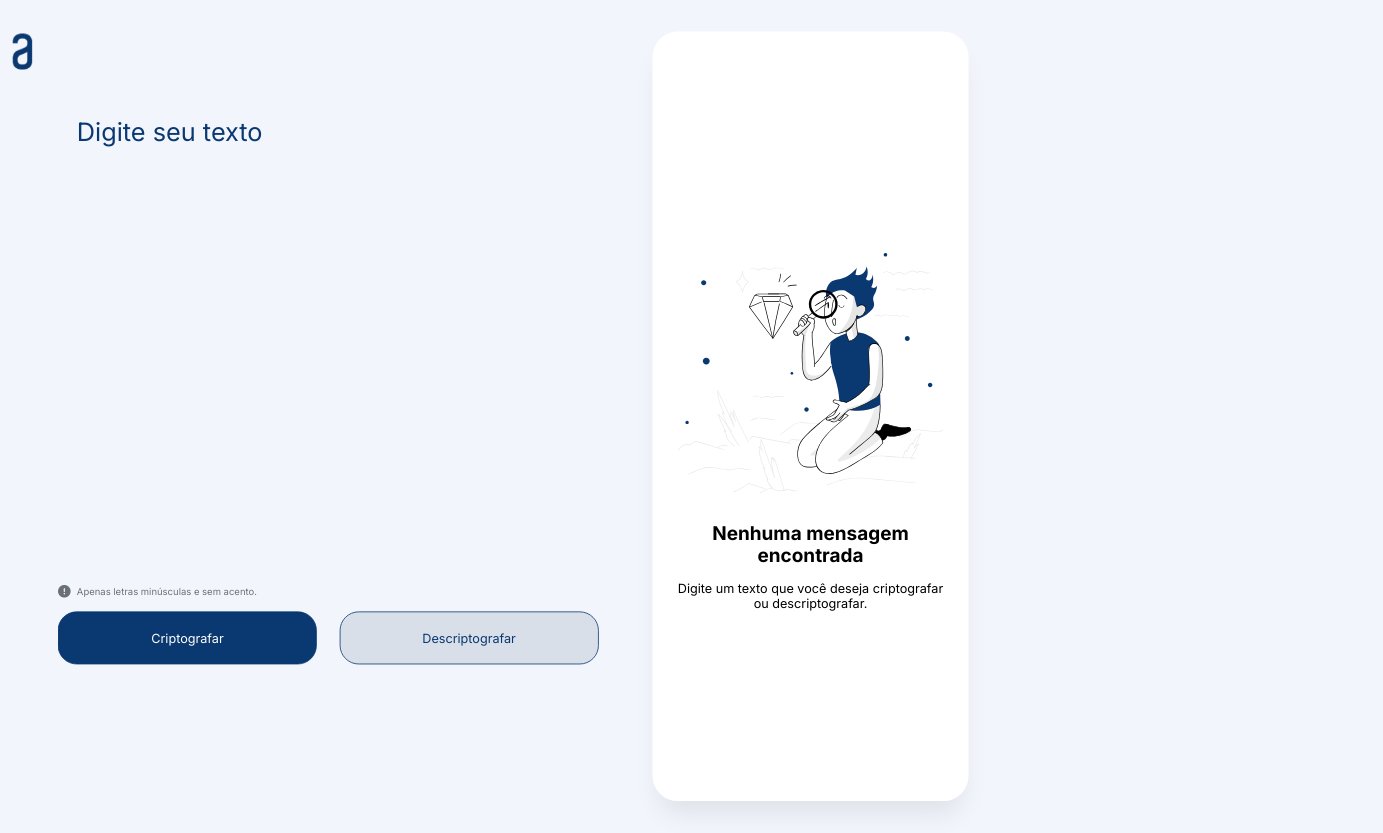
Repository: CarlosEduardoVdeOliveira/descodificador-de-texto
Page: index.html
The author's editor kept a copy of each file at every save. The page is drawn from the files as they stood at one save, then again after the next save.
The browser window is 1280 px wide. The page is 1280 px wide, then 1751 px, then 1280 px, so the pictures cover 1751 px, including what lies to the right of the window. The pictures show the whole page, at 79% of full size.

Above is the page before, as saved 2023-04-15 09:19:18.

### index.html
<!DOCTYPE html>
<html lang="en">
<head>
   <meta charset="UTF-8">
   <link rel="preconnect" href="https://fonts.googleapis.com">
   <link rel="preconnect" href="https://fonts.gstatic.com" crossorigin>
   <meta http-equiv="X-UA-Compatible" content="IE=edge">
   <meta name="viewport" content="width=device-width, initial-scale=1.0">
   <link href="https://fonts.googleapis.com/css2?family=Inter:wght@400;700&display=swap" rel="stylesheet">
   <link rel="stylesheet" href="https://cdnjs.cloudflare.com/ajax/libs/font-awesome/6.4.0/css/all.min.css" integrity="sha512-iecdLmaskl7CVkqkXNQ/ZH/XLlvWZOJyj7Yy7tcenmpD1ypASozpmT/E0iPtmFIB46ZmdtAc9eNBvH0H/ZpiBw==" crossorigin="anonymous" referrerpolicy="no-referrer" />
   <link rel="stylesheet" href="/src/styles/reset.css">
   <link rel="stylesheet" href="/src/styles/index.css">
   <link rel="stylesheet" href="/src/styles/tablet.css">
   <link rel="stylesheet" href="/src/styles/mobile.css">
   <link rel="shortcut icon" href="/src/images/imageLogo2.png" type="image/x-icon">
   <title>Decodificador</title>
</head>
<body>
   <section>
      <img src="/src/images/imageLogo2.png"
         alt='logo da Alura'>
      <div class="highlight">
         <textarea placeholder="Digite seu texto" autofocus></textarea>
         <div class="info">
            <span>
               <i class="fa-solid fa-circle-exclamation"></i>
               Apenas letras minúsculas e sem acento.
            </span>
            <div class="info-group-button">
               <button class="button-cryptography">Criptografar</button>
               <button class="button-decryption">Descriptografar</button>
            </div>
         </div>
      </div>
      <div class="text-cryption">
         <img src="/src/images/imageHighLight.svg" alt="">
         <div>
            <h2>Nenhuma mensagem encontrada</h2>
            <p>
               Digite um texto que você deseja criptografar ou descriptografar.
            </p>
         </div>

      </div>
   </section>
   <script src="/src/scripts/index.js"></script>
</body>
</html>

### src/styles/reset.css
:root{
   --light-gray: #D8DFE8;
   --gray-100: #CED4DA;
   --gray-200: #ADB5BD;
   --gray-300: #868E96;
   --gray-400: #495057;
   --gray-500: #343A40;
   --light-blue-100: #F3F5FC;
   --light-blue-200: #EFF1FA;
   --light-blue-300: #E9ECF8;
   --light-blue-400: #AAB2D5;
   --light-blue-500: #757FB2;
   --dark-blue-100: #609ED4;
   --dark-blue-200: #356EA9;
   --dark-blue-300: #0A3871;
   --dark-blue-400: #072B61;
   --dark-blue-500: #052051;
}
*{
   margin: 0;
   padding: 0;
   box-sizing: border-box;
}

html, input, textarea, button{
   background-color: var(--light-blue-100);
   font-family:  'Inter', sans-serif;
   font-size: 1rem;
   -webkit-font-smoothing: antialiased;
   -moz-osx-font-smoothing: grayscale;
}

### src/styles/index.css
body{
   background-color: var(--light-blue-100);
}
img{
   width: 1.943rem;
   height: 3rem;
   margin-top: 2.5rem;
}
section {
   display: flex;
   justify-content: space-around;
   align-items: self-start;
   margin: 0 auto;
}
.highlight{
   display: flex;
   flex-direction: column;
   margin-top: 7.5rem;
}
textarea{
   width: 100%;
   height: calc(100vh - 100px);
   font-size: 32px;
   line-height: 150%;
   background-color: var(--light-blue-100);
   color: var(--dark-blue-300);
   border: none;
   resize: none;
   margin: 0 auto;
   padding: 1.5rem;
}
textarea:focus{
   outline: 0;
}

textarea::placeholder{
   color: var(--dark-blue-300);
}
span{
   display: flex;
   align-items: center;
   font-size: 12px;
   color: var(--gray-400);
   line-height: 150%;
   opacity: 0.8;
   margin-bottom: 1rem;
}
i{
   color: var(--gray-400);
   margin-right: 0.5rem;
   font-size: 1rem;
}

button{
   padding: 1.5rem;
   width: 328px;
   height: 67px;
   border-radius: 1.5rem;
   cursor: pointer;
   font-size: 1rem;
   line-height: 19px;
   border: 1px solid var(--dark-blue-300);
   transition: all .2s;
}
.info{
   background-color: var(--light-blue-100);
}
.button-cryptography{
   background-color: var(--dark-blue-300);
   color: white;
   margin-right: 1.5rem;
}
.button-cryptography:hover{
   background-color: var(--dark-blue-400);
}
.button-decryption{
   background: var(--light-gray);
   color: var(--dark-blue-300);
}
.button-decryption:disabled{
   cursor: no-drop;
}
.button-decryption:hover{
   background-color: var(--light-blue-200);
}
.text-cryption{
   width: 25rem;
   margin: 2.5rem;
   padding: 15rem 2rem;
   text-align: center;
   background-color: white;
   /* shadow */
   box-shadow: 0px 24px 32px -8px rgba(0, 0, 0, 0.08);
   border-radius: 32px;
}
.text-cryption img{
   width: 21rem;
   height: 19rem;
}
.text-cryption div{
   display: flex;
   flex-direction: column;

   margin-top: 2rem;
   padding: 0px;
   gap: 16px;
}

textarea.textarea-output{
   font-size: 1.5rem;
   color: var(--gray-400);
   height: calc(100vh - 100px);
   padding: 1rem;
}
.text-cryption-whit-text{
   padding: 1rem;
}

.button-copy-cryption{
   background-color: white;
}
.button-copy-cryption:hover{
   background-color: var(--light-blue-200);
}

### src/styles/tablet.css
@media (max-width: 768px) {
   section{
      display: block;
   }
   img{
      margin: 1rem;
   }
   .textarea-input{
      margin: 0 auto;
   }
   .info{
      display: flex;
      flex-direction: column;
      margin: 0 auto;
   }
   .text-cryption{
      width: 43rem;
      height: 8.313rem;
      padding: 0;
      margin: 1.5rem auto;
   }
   .text-cryption img{
      display: none;
   }
}

### src/styles/mobile.css
@media (max-width: 375px) {
   img{
      margin: 1rem;
   }
   .info{
      margin: 0 auto;
   }
   .info-group-button{
      display: flex;
      flex-direction: column;
   }
   .info-group-button .button-cryptography{
      margin-bottom: 1.5rem;
   }
   .text-cryption{
      width: 20.438rem;
      height: 11.625rem;
      padding: 0;
      margin: 1.5rem auto;
   }
}

### src/scripts/index.js
const elementTextarea = document.querySelector("textarea");
const areaCryption = document.querySelector(".text-cryption");
const buttonCryptography = document.querySelector(".button-cryptography");
const buttonDecryption = document.querySelector(".button-decryption");


buttonDecryption.setAttribute("disabled", '');


function encryptText() {
   const textareaValue = elementTextarea.value;
   if (textareaValue.length > 0) {
      disabledButtonDecrypt()
      areaCryption.classList.add("text-cryption-whit-text")
      return areaCryption.innerHTML = `
         <textarea class="textarea-output">${cipherOfCesar(textareaValue, 10)}</textarea>
         <button class="button-copy" id='copy' onclick="copyText()">Copiar</button>
         `;

      }
   return alert("Preencha o campo!")
}

// Cifra de César
function cipherOfCesar(text, jump){
   let cryptograph = ''
   for (let i = 0; i < text.length; i++) {
      let charCode = text.charCodeAt(i)
      if(charCode >= 97 && charCode <= 122){
         charCode = ((charCode - 97 + jump) % 26) + 97
      }
      cryptograph += String.fromCharCode(charCode);
   }
   return cryptograph
}

function disabledButtonDecrypt(){
   buttonDecryption.removeAttribute("disabled");
   buttonDecryption.style.cursor = 'pointer';
}


function decryptText() {
   const textareaValue = elementTextarea.value;
   return areaCryption.innerHTML = `
         <textarea class="textarea-output">${textareaValue}</textarea>
         <button class="button-copy" id='copy' onclick="copyText()">Copiar</button>
      `;
}

async function copyText() {
   const textareaOutput = document.querySelector('.textarea-output');
   await textareaOutput.select();
   document.execCommand('copy');
   alert("Texto copiado para área de trasferência!");
}

buttonCryptography.addEventListener('click', encryptText);
buttonDecryption.addEventListener('click', decryptText);

/**
 * a b c d e f g h i j k l m n o p q r s t u v w x y z
 * r s t u v w x y z a b c d e f g h i j k l m n o p q
 * jhysvz
 * carlos
 * 97 até 122
 * a  ==  j
 * 97 == 106
 * se o codigo for igual a 97 ele recebe j
 * se ele for igual a 122 ele recebe 113
 */

After the next save:
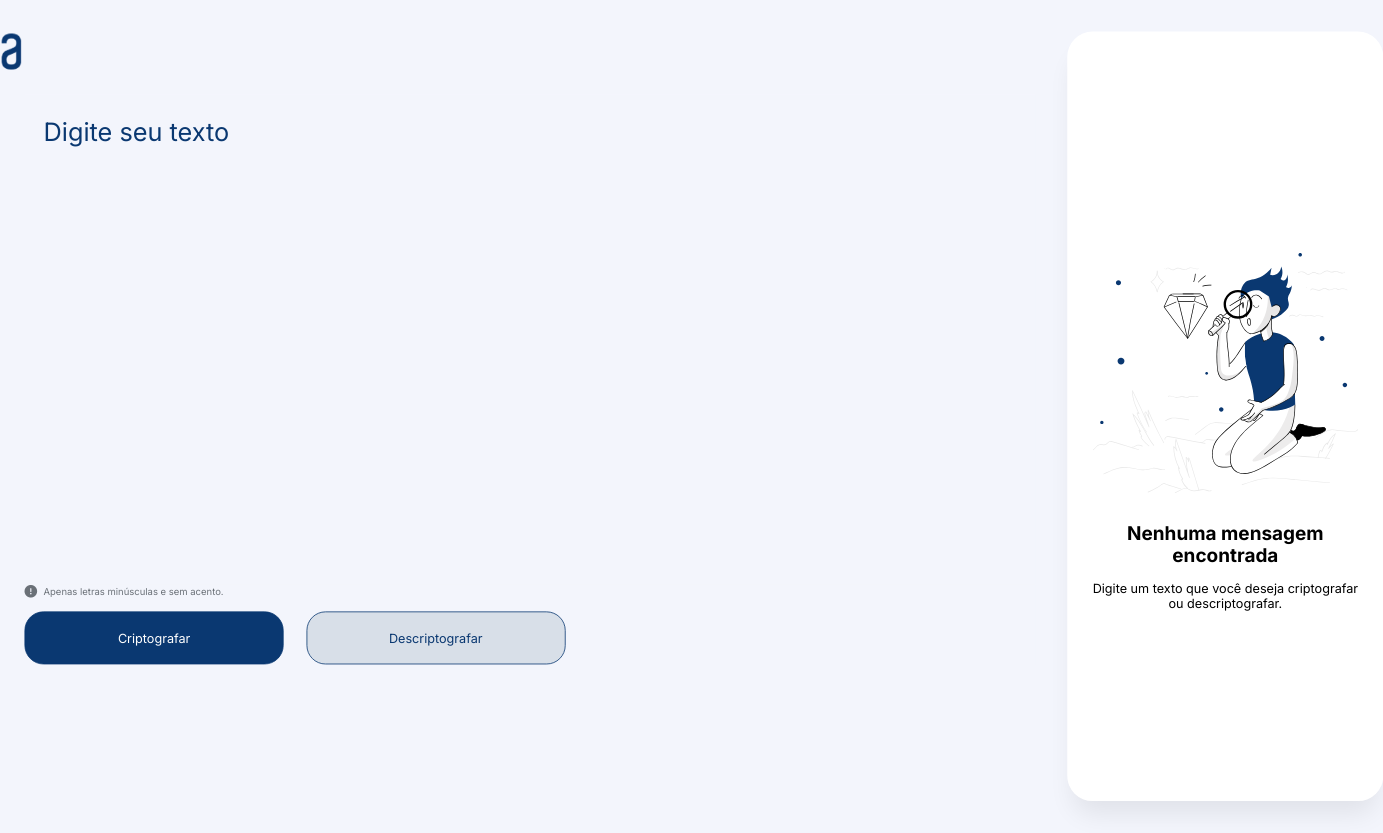
Saved 2 min 31 s later.
--- a/src/styles/index.css
+++ b/src/styles/index.css
@@ -18,7 +18,7 @@
    margin-top: 7.5rem;
 }
 textarea{
-   width: 100%;
+   width: 100vw;
    height: calc(100vh - 100px);
    font-size: 32px;
    line-height: 150%;

After the save that followed:
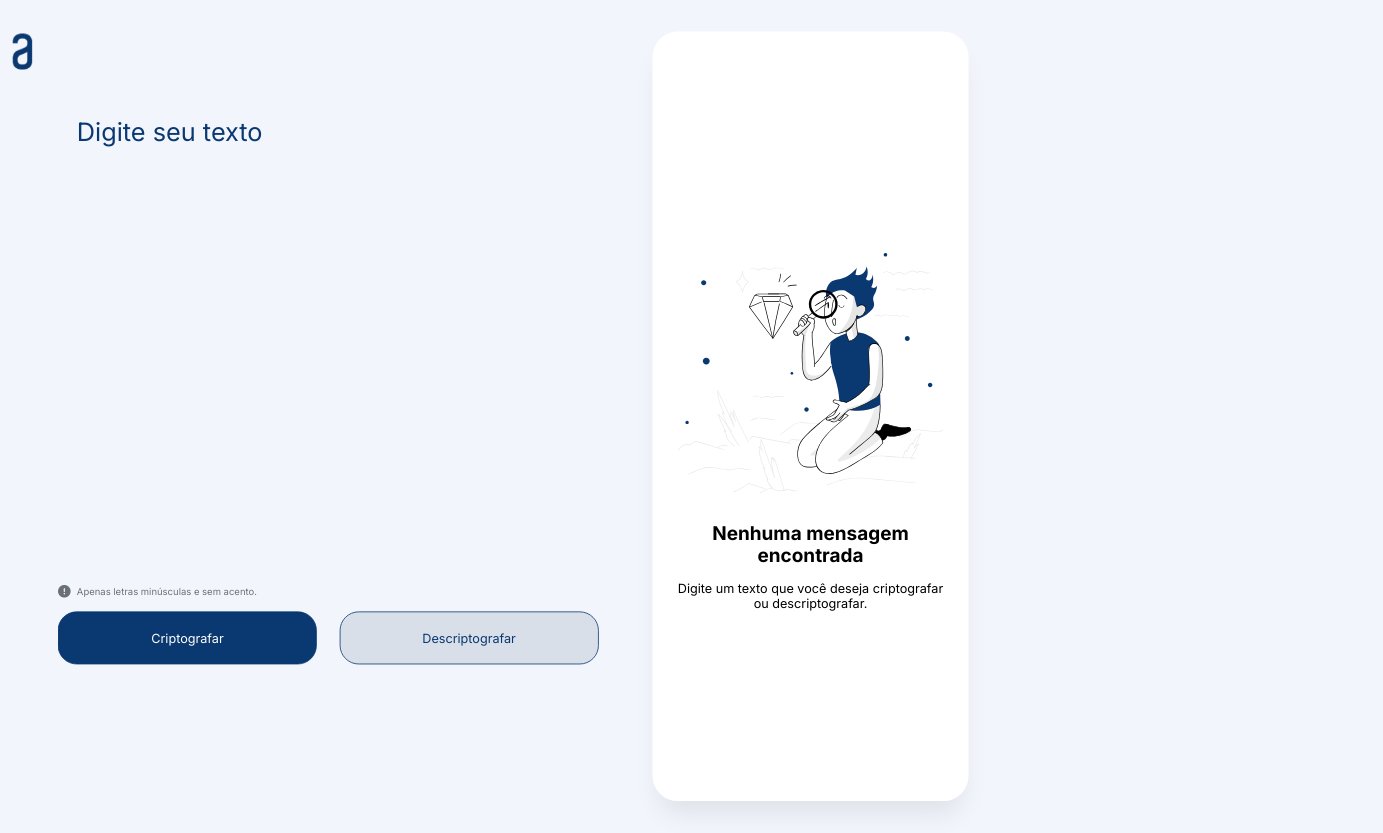
Saved 7 s later.
--- a/src/styles/index.css
+++ b/src/styles/index.css
@@ -18,7 +18,7 @@
    margin-top: 7.5rem;
 }
 textarea{
-   width: 100vw;
+   width: 100%;
    height: calc(100vh - 100px);
    font-size: 32px;
    line-height: 150%;
